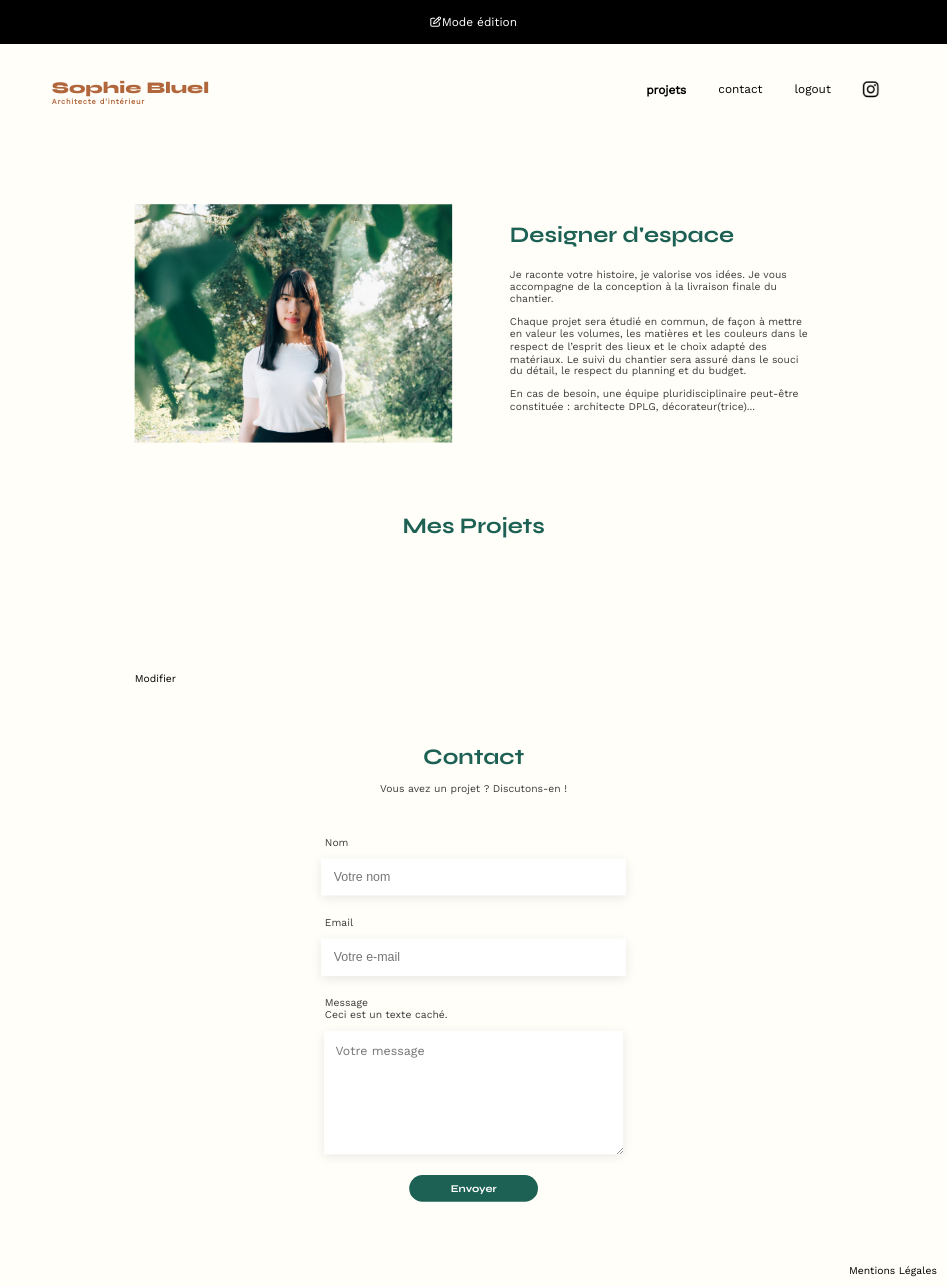
Repository: BlueSoley23/openclassrooms
Page: FrontEnd/index.html
The author's editor kept a copy of each file at every save. The page is drawn from the files as they stood at one save, then again after the next save.
The browser window is 1280 px wide. The pictures show the whole page, at 74% of full size.
The page's requests for data from a server got no answer.

Above is the page before, as saved 2023-12-19 04:07:23.
Console error: TypeError: categories is not iterable

### FrontEnd/index.html
<!--
	 #################################################################################################
     ############# Page d'accueil du portfolio de l'architecte d'intérieur, Sophie Bluel #############
     ######################    Front-end du site developpé par Antoine Gauer    ######################
     #################################################################################################
	 ###########   Utilisation de classes BEM pour l'organisation et la stylisation des   ############
	 ###########              élements de la page (Block / Element / Modifier)            ############
	 #################################################################################################
	-->



<!-- Définition du type de document et de la langue -->
<!DOCTYPE html>
<html lang="fr">

<head>

	<!-- En-tête de la page -->
	<meta charset="UTF-8">

	<!-- Titre de la page (apparaissant dans l'onglet du navigateur) -->
	<title>Sophie Bluel - Architecte d'intérieur - Portfolio</title>

	<!-- Icône d'onglet par défaut (icône représentant le portrait de l'architecte, Sophie Bluel) -->
	<link rel="icon" href="./assets/icons/browser_icons/portrait_Sophie_Bluel/favicon.ico">

<!--
	Autres icônes disponibles (remplacer la ligne précédente par la ligne qui correspond à l'icône choisie)

	Icône représentant un travail de Sophie Bluel :
		<link rel="icon" href="./assets/icons/browser_icons/work_example_picture/favicon.ico">

	Icône minimaliste de design d'intérieur :
		<link rel="icon" href="./assets/icons/browser_icons/designer_minimalist_logo/favicon.ico">

	Icône moderne de design d'intérieur :
		<link rel="icon" href="./assets/icons/browser_icons/designer_modern_logo/favicon.ico">

	Icône artistique de design d'intérieur :
		<link rel="icon" href="./assets/icons/browser_icons/designer_artistic_logo/favicon.ico">

	Icône représentant le portrait de l'architecte, Sophie Bluel (par défaut):
		<link rel="icon" href="./assets/icons/browser_icons/portrait_Sophie_Bluel/favicon.ico">
-->


	<!-- Balise permettant de définir la largeur de la page en fonction de la largeur de l'écran -->
	<meta name="viewport" content="width=device-width, initial-scale=1.0">

	<!-- Préconnexion aux serveurs Google Fonts -->
	<link rel="preconnect" href="https://fonts.googleapis.com">
	<link rel="preconnect" href="https://fonts.gstatic.com" crossorigin>

	<!-- Import des polices Google Fonts -->
	<link href="https://fonts.googleapis.com/css2?family=Syne:wght@700;800&family=Work+Sans&display=swap"
		rel="stylesheet">

	<!-- Description de la page -->
	<meta name="description" content="Portfolio de l'artiste, Sophie Bluel - Page d'accueil">

	<!-- Import du fichier CSS -->
	<link rel="stylesheet" href="./assets/css/style.css">

	<!-- Import du fichier JavaScript -->
	<script type="module" src="./assets/scripts/gallery.js "></script>

</head>

<body>

	<!-- En-tête de la page -->
	<!-- Block : header -->
	<header class="header">

		<!-- Borderau du mode édition (pour les utilisateurs connctés) -->
		<!-- Element : edit-bar -->
		<div class="edit-bar">
			<img src="/FrontEnd/assets/icons/edit.svg" alt="Icône du mode édition" class="edit-bar__icon"></img>
			<p class="edit-bar__title">Mode édition</p>
		</div>

		<div class="header-block">
			<!-- En-tête de la page contenant un titre et un sous titre-->
			<!-- Elements : title /  subtitle -->
			<a href="./index.html"><h1 class="header__title">Sophie Bluel <span class="header__subtitle">Architecte d'intérieur</span></h1></a>

			<!-- Navigation principale -->
			<!-- Element : nav -->
			<nav class="header__nav">

				<!-- Liste du menu de liens vers les pages d'accueil, de contact, de connexion, et vers le profil Instagram de Sophie Bluel -->
				<!-- Block : nav-list -->
				<ul class="nav-list">

					<!-- Elements : item -->
					<!-- Modifier : active -->
					<li class="nav-list__item nav-list__item--active"><a href="./index.html">projets</a></li>
					<li class="nav-list__item"><a href=#>contact</a></li>
					<li class="nav-list__item nav-list__item--login hidden"><a href="./login.html">login</a></li>
					<li class="nav-list__item nav-list__item--logout"><a href="#">logout</a></li>
					<li class="nav-list__item"><a href="https://instagram.com"><img src="./assets/icons/instagram.png" alt="Instagram" class="nav-list__item--img"></a></li>

				</ul>

			</nav>
		</div>
	</header>

	<!-- Contenu principal de la page -->
	<!-- Block : main -->
	<main class="main">

		<!-- Section d'introduction -->
		<!-- Block : introduction -->
		<section class="introduction">
		<h2 class="hidden-title">Section d'introduction</h2>

			<!-- Image de Sophie Bluel -->
			<!-- Element : figure -->
			<figure class="introduction__figure">
				<img src="./assets/images/sophie-bluel.png" alt="Photo de Sophie Bluel">
			</figure>

			<!-- Article d'introduction -->
			<!-- Element : article -->
			<article class="introduction__article">

				<!-- Titre de l'article -->
				<!-- Element : title -->
				<h2 class="introduction__title">Designer d'espace</h2>

				<!-- Paragraphes de l'article -->
				<!-- Element : paragraph -->
				<p class="introduction__paragraph">Je raconte votre histoire, je valorise vos idées. Je vous accompagne
					de la conception à la livraison finale du chantier.</p>
				<p class="introduction__paragraph">Chaque projet sera étudié en commun, de façon à mettre en valeur les
					volumes, les matières et les couleurs dans le respect de l’esprit des lieux et le choix adapté des
					matériaux. Le suivi du chantier sera assuré dans le souci du détail, le respect du planning et du
					budget.</p>
				<p class="introduction__paragraph">En cas de besoin, une équipe pluridisciplinaire peut-être constituée
					: architecte DPLG, décorateur(trice)...</p>
			</article>
		</section>

		<!-- Section du portfolio -->
		<!-- Block : portfolio -->
		<section class="portfolio">

			<!-- Titre de la section -->
			<!-- Element : title -->
			<h2 class="portfolio__title">Mes Projets</h2>
			<a href= # class="modifier-link__url">
				<div class="modifier-link__content">
					<svg class="modifier-link__content--icon" fill="currentColor">
						<use xlink:href="/FrontEnd/assets/icons/edit.svg"></use>
					</svg>
					<!--<img src="/FrontEnd/assets/icons/edit.svg" alt="Icône Modifier" class="modifier-link__content--icon"></img>-->
					<p class="modifier-link__content--title">Modifier</p>
				</div>
			</a>

			<!-- Navigation des catégories du portfolio -->
			<!-- Element : categories -->
			<nav class="portfolio__categories categories">

				<!-- ###### BOUTONS DE CATÉGORIES AFFICHÉS DYNAMIQUEMENT EN JAVASCRIPT ###### -->

			</nav>

			<!-- Galerie du portfolio -->
			<!-- Element : gallery -->
			<article class="portfolio__gallery gallery">
			<h2 class="hidden-title">Gallerie des travaux de Sophie Bluel</h2>

				<!-- ############## TRAVAUX AFFICHÉS DYNAMIQUEMENT EN JAVASCRIPT ############# -->

			</article>

		</section>

		<!-- Section de contact -->
		<!-- Block : contact -->
		<section class="contact">

			<!-- Titre de la section -->
			<!-- Element : title -->
			<h2 class="contact__title">Contact</h2>

			<!-- Paragraphe d'introduction -->
			<!-- Element : paragraph -->
			<p class="contact__paragraph">Vous avez un projet ? Discutons-en !</p>

			<!-- Formulaire de contact -->
			<!-- Element : form -->
			<form action="#" method="post" class="contact__form">

				<!-- Champs du formulaire -->
                <!-- Labels indiquant l'entrée attendue et champs de formulaire de type "text" pour les identifiants avec un texte
                    par défaut (placeholder) et l'élement autocomplete pour que le navigateur enregistre et suggère les identifants -->
                <!-- Modifiers : label / input-->

				<!-- Nom -->
				<label for="name" class="contact__form--label form__label">Nom</label>
				<input type="text" name="name" id="name" class="contact__form--input" autocomplete="name"
					placeholder="Votre nom">

				<!-- E-mail -->
				<label for="email" class="contact__form--label form__label">Email</label>
				<input type="email" name="email" id="email" class="contact__form--input" autocomplete="email"
					placeholder="Votre e-mail">

				<!-- Message -->
				<label for="message" class="contact__form--label form__label">Message<div>Ceci est un texte caché.</div></label>
				<textarea name="message" id="message" cols="30" rows="10" class="contact__form--textaera"
					placeholder="  Votre message"></textarea>

				<!-- Bouton de soumission du formulaire -->
				<!-- Modifier : submit -->
				<input type="submit" value="Envoyer" class="contact__form--submit">

			</form>

		</section>

	</main>

    <!-- Pied de page -->
    <!-- Block : footer -->
    <footer class="footer">

        <!-- Pied de page -->
        <!-- Element : nav -->
        <nav class="footer__nav">

            <!-- Navigation secondaire -->
            <!-- Element : nav-list -->
            <ul class="footer__nav-list">

                <!-- Lien vers les mentions légales -->
                <!-- Element : nav-item -->
                <li class="footer__nav-item">Mentions Légales</li>

            </ul>

        </nav>

    </footer>

</body>

</html>

Loaded but not shown: FrontEnd/assets/scripts/gallery.js (223 lines, source omitted); FrontEnd/assets/css/style.css (578 lines, source omitted)

After the next save:
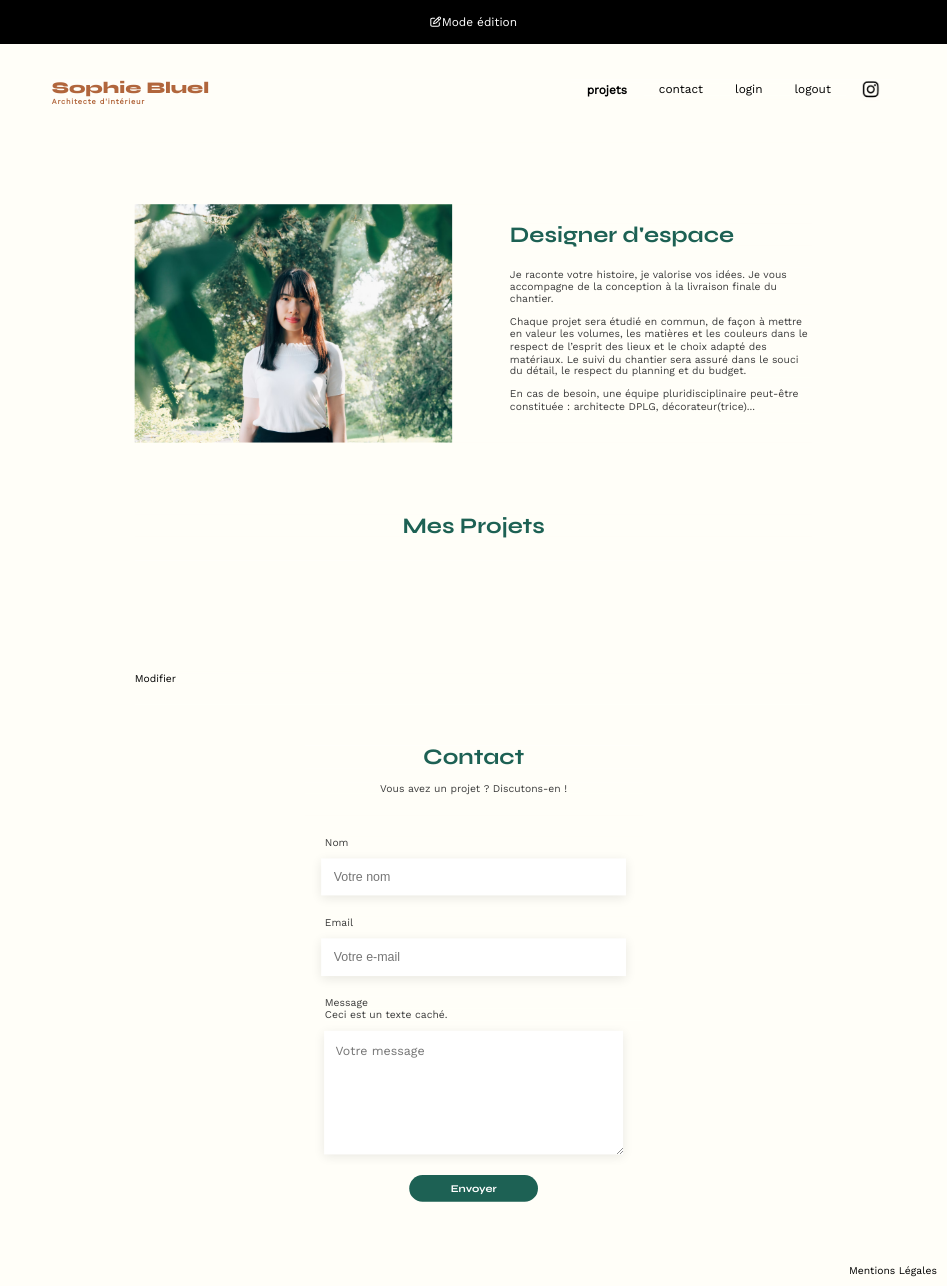
Saved 8 s later.
--- a/FrontEnd/index.html
+++ b/FrontEnd/index.html
@@ -97,7 +97,7 @@
 					<!-- Modifier : active -->
 					<li class="nav-list__item nav-list__item--active"><a href="./index.html">projets</a></li>
 					<li class="nav-list__item"><a href=#>contact</a></li>
-					<li class="nav-list__item nav-list__item--login hidden"><a href="./login.html">login</a></li>
+					<li class="nav-list__item nav-list__item--login"><a href="./login.html">login</a></li>
 					<li class="nav-list__item nav-list__item--logout"><a href="#">logout</a></li>
 					<li class="nav-list__item"><a href="https://instagram.com"><img src="./assets/icons/instagram.png" alt="Instagram" class="nav-list__item--img"></a></li>
 
